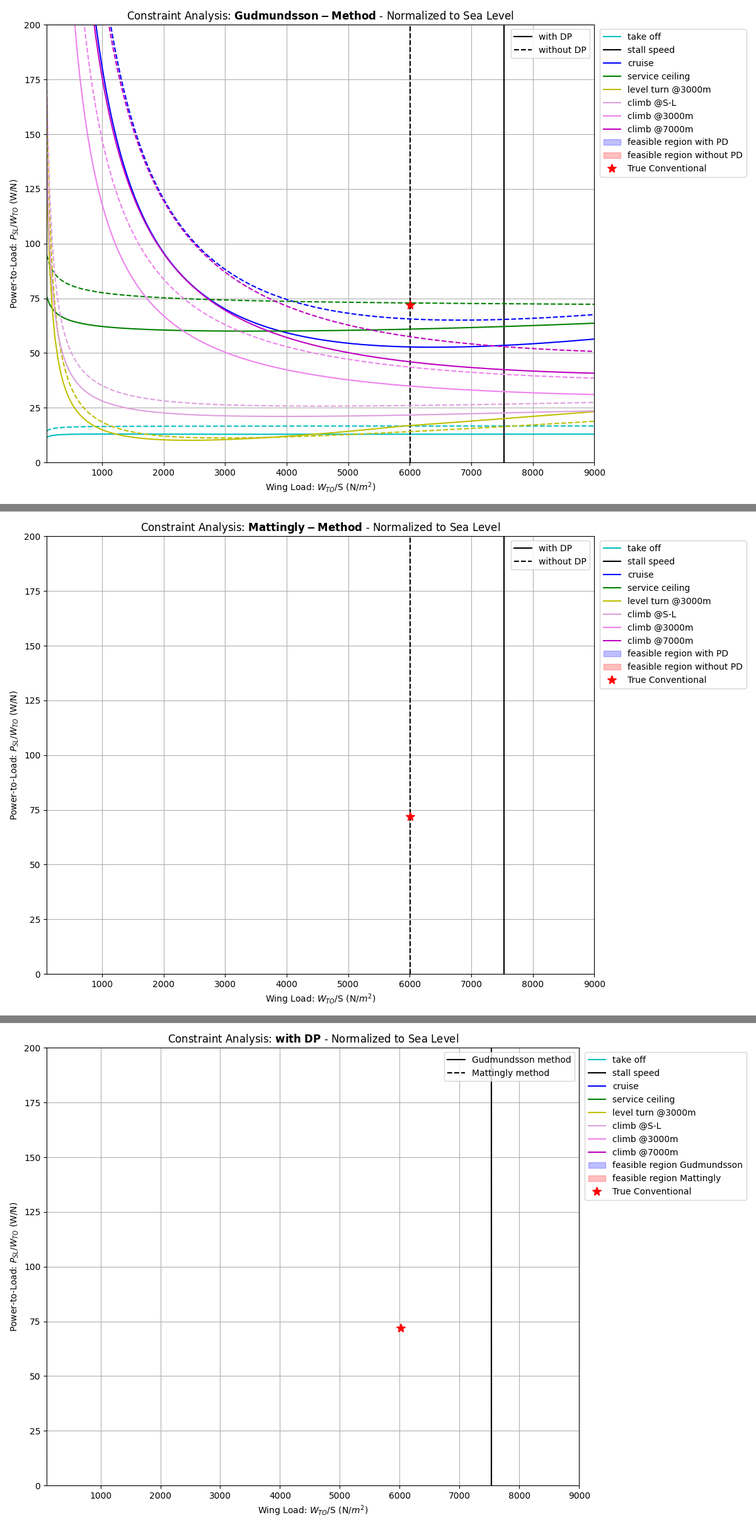
Repository: 12libao/DEA
Script's output: python Sizing_Method/ConstrainsAnalysis/ConstrainsAnalysisPD.py
An editor plug-in stored every save of this project. The script's output is shown before and after a run of saves, followed by the edit.
The pictures are shown at 63% of full size.
Each picture stacks the figures in order, with grey between them; figures that are only written to a file come last. Random numbers start from a fixed seed.

Above is the script's output before, as saved 2021-07-14 16:07:36.

After the next 4 saves:
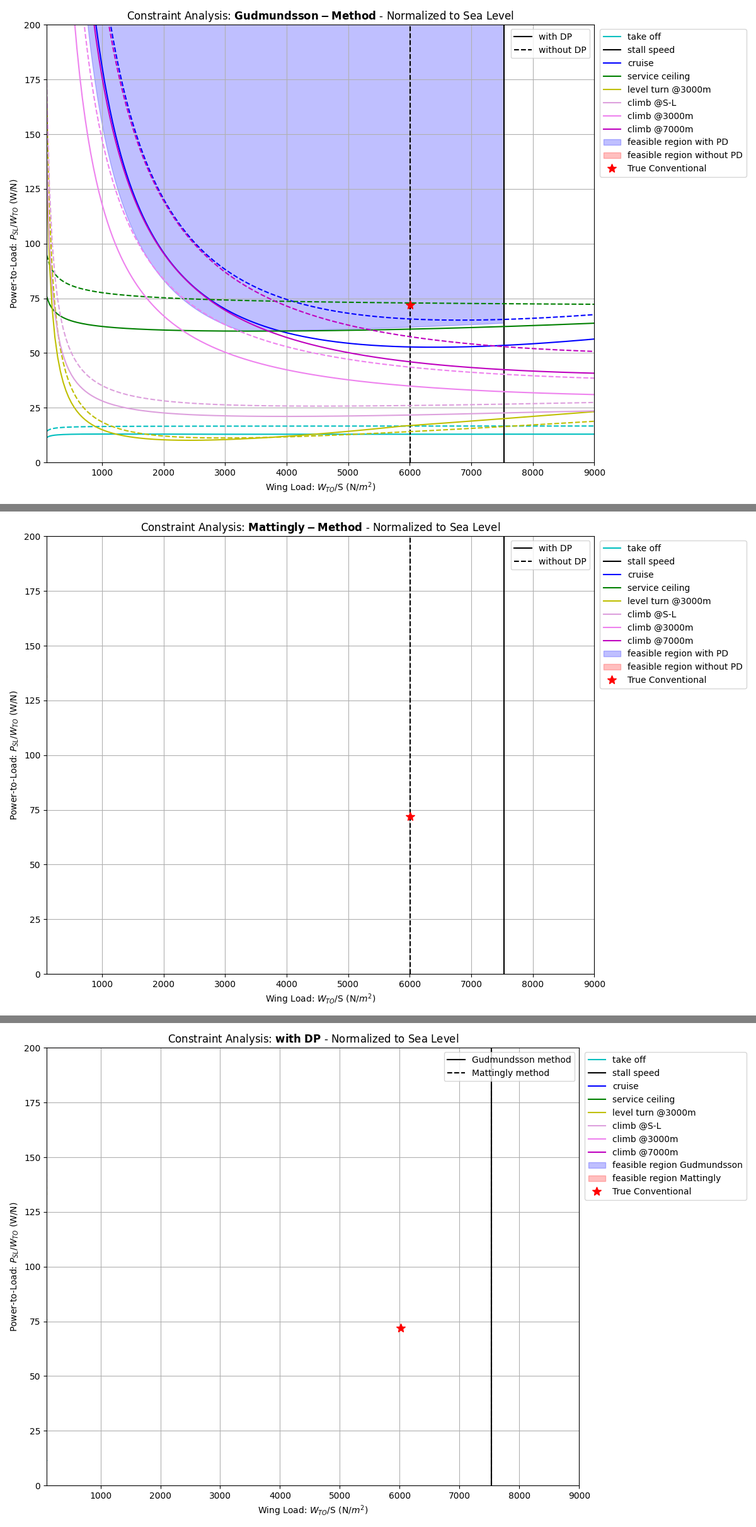
The 4 saves are shown as one change because they came seconds apart.
The last was saved 30 s later.
--- a/Sizing_Method/ConstrainsAnalysis/ConstrainsAnalysisPD.py
+++ b/Sizing_Method/ConstrainsAnalysis/ConstrainsAnalysisPD.py
@@ -294,7 +294,7 @@ if __name__ == "__main__":
                 plt.plot(w_s, p_w[i, :], color=color[i], label=constrains_name[i])
                 plt.plot(w_s, p_w[i + m, :], color=color[i], linestyle='--')
 
-        p_w[[0, 1]], p_w[[m, m+1]] = p_w[[m+1, m]]
+        p_w[[0, 1]], p_w[[m, m+1]] = p_w[[1, 0]], p_w[[m+1, m]]
         w_s = np.linspace(100, p_w[0, 1], n)
         plt.fill_between(w_s, np.amax(p_w[1:m, :], axis=0), 200, color='b', alpha=0.25,
                          label=label[k])
